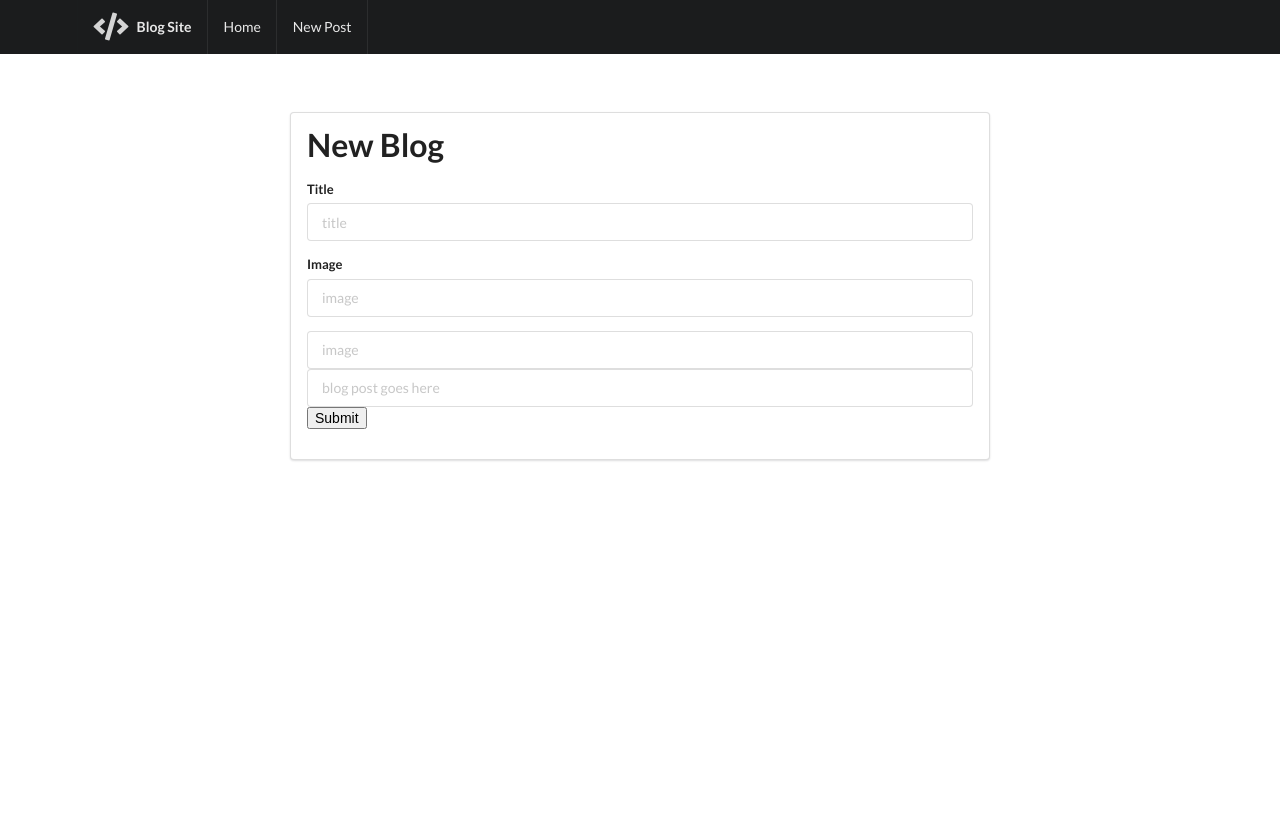
Repository: Frosslund/WebDevBootcampColtSteele
Page: http://localhost/blogs/new
The author's editor kept a record of every edit. The page is drawn from the files as they stood at one moment, then again after the next edit.
The browser window is 1280 px wide. The pictures show the whole page.
The page is served by the project's Node server (RESTfulRouting/RESTfulBlogApp/app.js).

Above is the page before.

After the next edit:
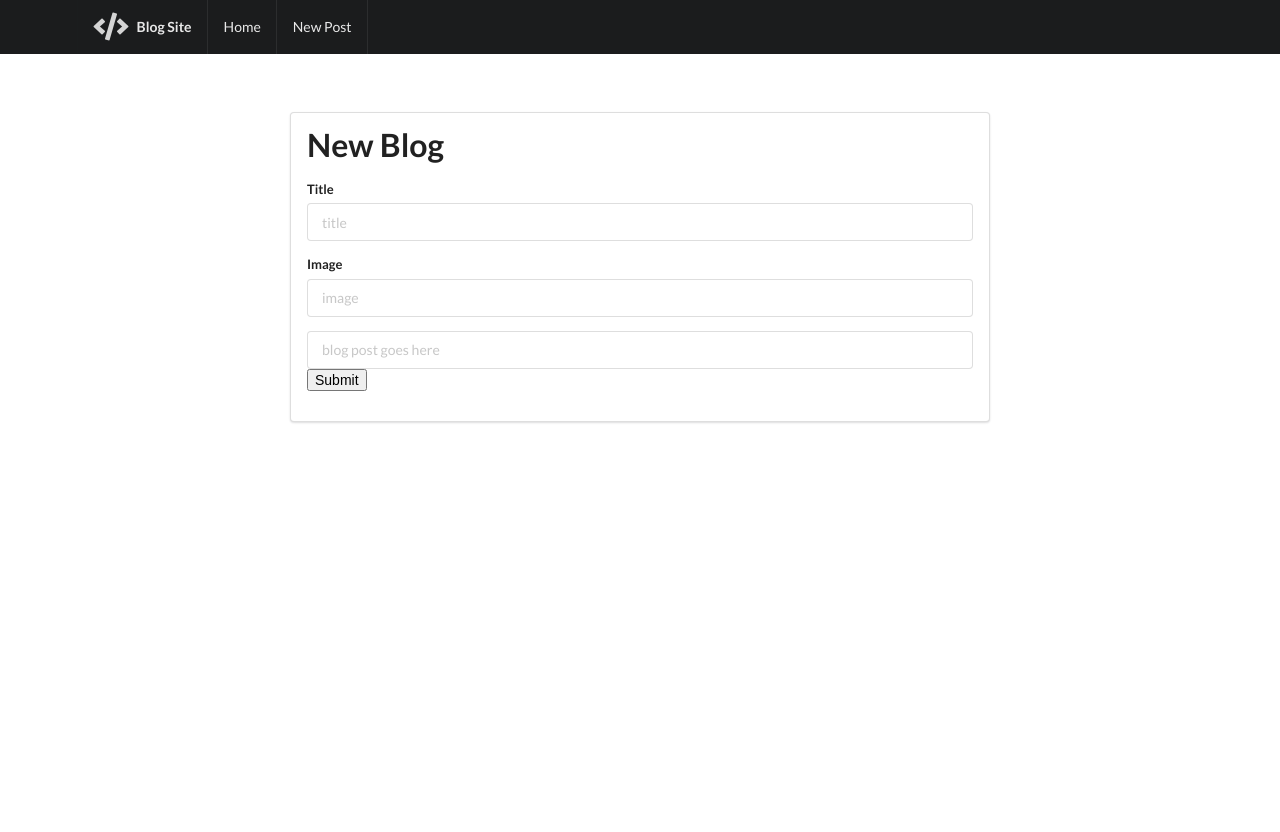
The edit:
--- a/RESTfulRouting/RESTfulBlogApp/views/new.ejs
+++ b/RESTfulRouting/RESTfulBlogApp/views/new.ejs
@@ -11,7 +11,10 @@
             <label>Image</label>
             <input type="text" name="blog[image]" placeholder="image">
         </div>
-        <input type="text" name="blog[image]" placeholder="image">
+        <div class="field">
+
+        </div>
+
         <input type="text" name="blog[body]" placeholder="blog post goes here">
         <input type="submit">
     </form>
